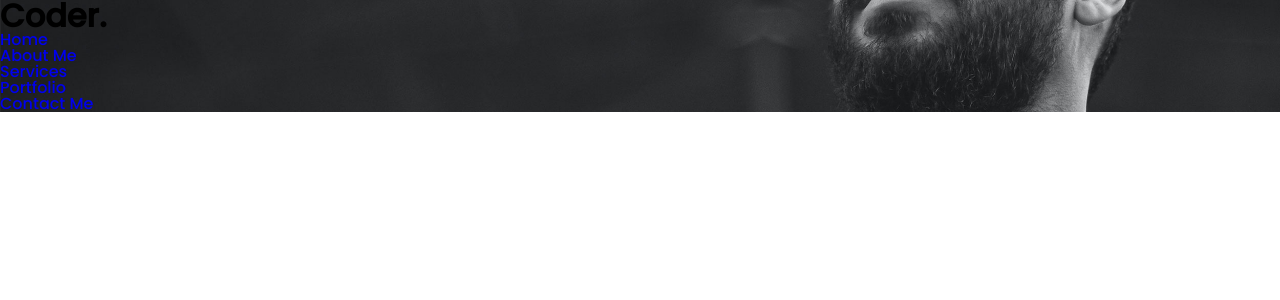
Repository: HungNg99/Protifolio2
Page: Portfolio/index.html
These files come from the project's save history. The page is drawn as it stood at one moment and after the next save; the edit follows.
The browser window is 1280 px wide. The pictures show the whole page.

Above is the page before, as saved 2022-12-09 08:49:11.

After the next save:
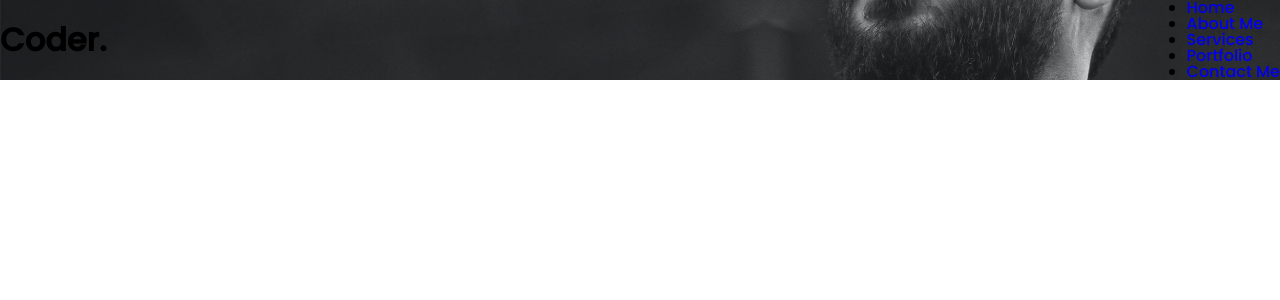
Saved 82 s later.
--- a/Portfolio/style.css
+++ b/Portfolio/style.css
@@ -5,3 +5,8 @@
     background-size: cover;
     /* height: 200vh; */
 }
+.header-content{
+    display:flex;
+    justify-content:space-between;
+    align-items:center;
+}
